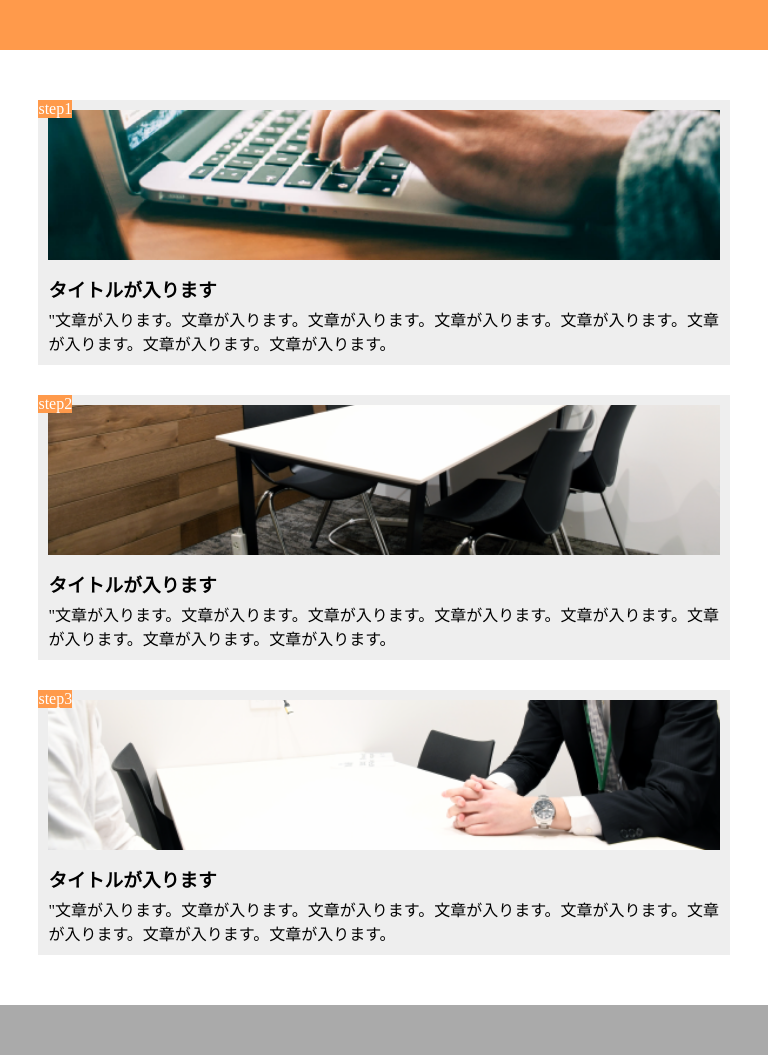
Repository: hal96no/caravan
Page: caravan/index.html
The author's editor kept a record of every edit. The page is drawn from the files as they stood at one moment, then again after the next edit.
The browser window is 768 px wide. The pictures show the whole page.

Above is the page before.

### caravan/index.html
<!DOCTYPE html>
<html lang="ja">
  <head>
    <meta charset="UTF-8" />
    <meta name="viewport" content="width=device-width,initial-scale=1.0">
    <title>9章演習</title>
    <link rel="stylesheet" href="style.css" />
  </head>

  <body>
    <!-- header -->
    <header></header>
    <!-- main-visual用のdiv -->
    <main>
      <div class="step-box">
        <div class="step-img1"></div>
        <span class="step-num">step1</span>
        <h3 class="title">タイトルが入ります</h3>
        <p class="text">
          "文章が入ります。文章が入ります。文章が入ります。文章が入ります。文章が入ります。文章が入ります。文章が入ります。文章が入ります。
        </p>
      </div>
      <div class="step-box">
        <div class="step-img2"></div>
        <span class="step-num">step2</span>
        <h3 class="title">タイトルが入ります</h3>
        <p class="text">
          "文章が入ります。文章が入ります。文章が入ります。文章が入ります。文章が入ります。文章が入ります。文章が入ります。文章が入ります。
        </p>
      </div>
      <div class="step-box">
        <div class="step-img3"></div>
        <span class="step-num">step3</span>
        <h3 class="title">タイトルが入ります</h3>
        <p class="text">
          "文章が入ります。文章が入ります。文章が入ります。文章が入ります。文章が入ります。文章が入ります。文章が入ります。文章が入ります。
        </p>
      </div>
    </main>

    <!-- footer -->
    <footer></footer>
  </body>
</html>

### caravan/style.css
/* ブラウザがそれぞれ持っているCSSをリセットするための記述 */
* {
  box-sizing: border-box;
  margin: 0;
  padding: 0;
}

header {
  height: 50px;
  background-color: #ff9a4b;
}

main {
  width: 960px;
  margin: 50px auto;
  display: flex;
}

.step-box {
  width: 300px;
  margin-right: 30px;
  padding: 10px;
  position: relative;
  background-color: #eee;
}

.step-box:last-child {
  margin-right: 0;
}

.step-img1 {
  height: 150px;
  background-image: url(img.work/flow01.png);
  background-position: bottom;
  background-size: cover;
}

.step-img2 {
  height: 150px;
  background-image: url(img.work/flow02.png);
  background-position: bottom;
  background-size: cover;
}

.step-img3 {
  height: 150px;
  background-image: url(img.work/flow03.png);
  background-position: bottom;
  background-size: cover;
}

.step-num {
  position: absolute;
  top: 0;
  left: 0;
  background-color: #ff9a4b;
  color: #fff;
}

.title {
  margin: 15px 0 5px;
}

footer {
  height: 50px;
  background-color: #aaa;
}
@media screen and (max-width: 768px) {

  header {
     width: 100%;
  }

main {
  width: 100%;
  display: block;
}

.step-box {
   width: 90%;
   margin: 0 auto;
   margin-bottom: 30px;
}

.step-box:last-child {
  width: 90%;
  margin: 0 auto;
  margin-bottom: 50px;
}

.step-num {
  position: absolute;
  top: 0;
  left: 0;
  background-color: #ff9a4b;
  color: #fff;
}

footer {
  width: 100%;
}

}

After the next edit:
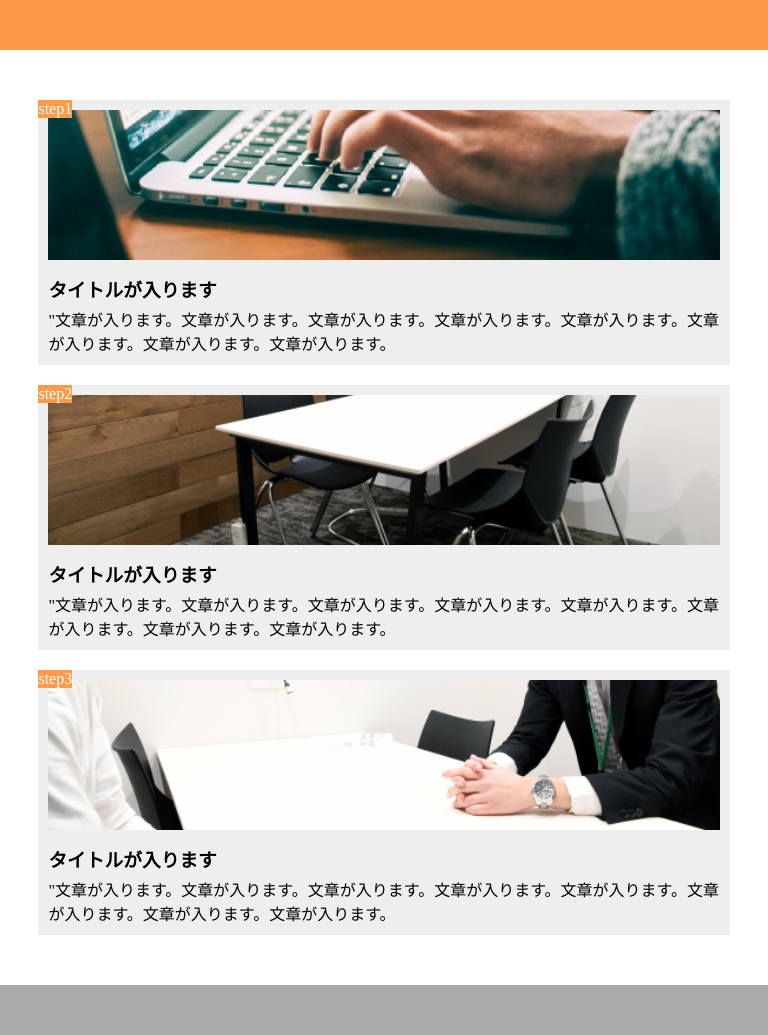
The edit:
--- a/caravan/style.css
+++ b/caravan/style.css
@@ -79,7 +79,7 @@
 .step-box {
    width: 90%;
    margin: 0 auto;
-   margin-bottom: 30px;
+   margin-bottom: 20px;
 }
 
 .step-box:last-child {
